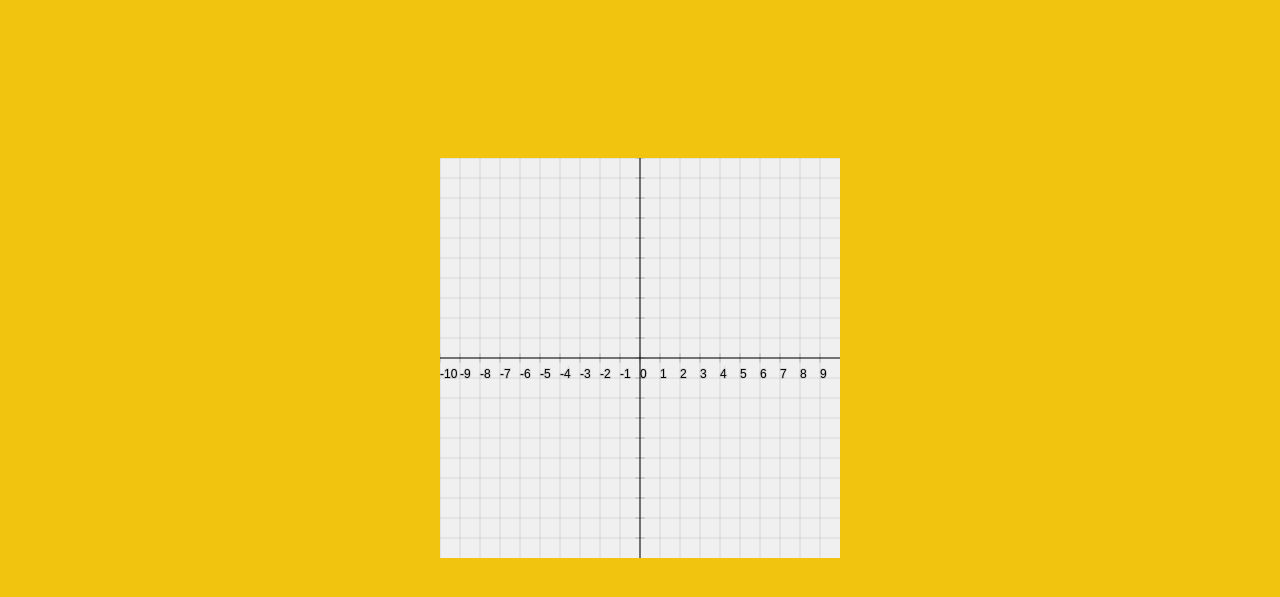
Repository: animarcus/graphing-app
Page: index.html
These files come from the project's save history. The page is drawn as it stood at one moment and after the next save; the edit follows.
The browser window is 1280 px wide. The pictures show the whole page.
Some web libraries are served in a nearby version.

Above is the page before, as saved 2020-09-26 19:42:24.

### index.html
<!DOCTYPE html>
<html lang="en">
<head>
  <link rel="apple-touch-icon"sizes="180x180"href="/icons/apple-touch-icon.png">
  <link rel="icon"type="image/png"sizes="32x32"href="/icons/favicon-32x32.png">
  <link rel="icon"type="image/png"sizes="16x16"href="/icons/favicon-16x16.png">
  <link rel="manifest"href="/icons/site.webmanifest">

  <link rel="stylesheet" href="css/style.css">
  <meta charset="UTF-8">
  <meta name="viewport" content="width=device-width, initial-scale=1.0, maximum-scale=1.0, user-scalable=0">
  <title>PLACEHOLDER</title>

  <script type="text/javascript" src="https://cdn.jsdelivr.net/npm/p5@1.1.4/lib/p5.min.js"></script>
  <script src="js/sketch.js"></script>
</head>
<body>
  <div id="canvas1"></div>
</body>
</html>

### css/style.css
* {
  cursor: default;
  /* -webkit-touch-callout: none;
  -webkit-user-select: none;
  -khtml-user-select: none;
  -moz-user-select: none;
  -ms-user-select: none;
  user-select: none; */
}
body {
  background: #f1c40f;
  height: 100%;
  overflow-y: hidden;
  overflow-x: hidden;
  /* border-radius: 50%; */
}

#canvas1 {
  position: absolute;
  top:50%;
  left:50%;
  transform: translate(-50%,-50%);
}

### js/sketch.js

let canvasW = 400;
let canvasH = 400;
let cellW = 20;

function setup() {
  let canvas = createCanvas(canvasW,canvasH);
  canvas.parent("canvas1");

  background(240);
  translate(canvasW/2, canvasH/2);

  stroke('rgba(0%, 0%, 0%, 1)');
  line(-canvasW/2, 0, canvasW/2, 0);
  line(0, -canvasH/2, 0, canvasH/2);

  stroke('rgba(0%, 0%, 0%, 0.1)');
  for (let x = -canvasW/2; x < canvasW/2; x += cellW) {
    let currentX = x/cellW;
    strokeWeight(1);
    line(x, -canvasH/2, x, canvasH/2);
    strokeWeight(2);
    line(x, -cellW/5, x, cellW/5);

    textStyle('centered')
    text(currentX, x, cellW);
  }
  for (let y = -canvasH/2; y < canvasH/2; y += cellW) {
    strokeWeight(1);
    line(-canvasW/2, y, canvasW/2, y);
    strokeWeight(2);
    line(-cellW/5, y, cellW/5, y);
  }
}


function draw() {
  fill(color("green"));
  drawHandlers.drawGrid();
}


let drawHandlers = {
  drawGrid : function() {

  }
};

After the next save:
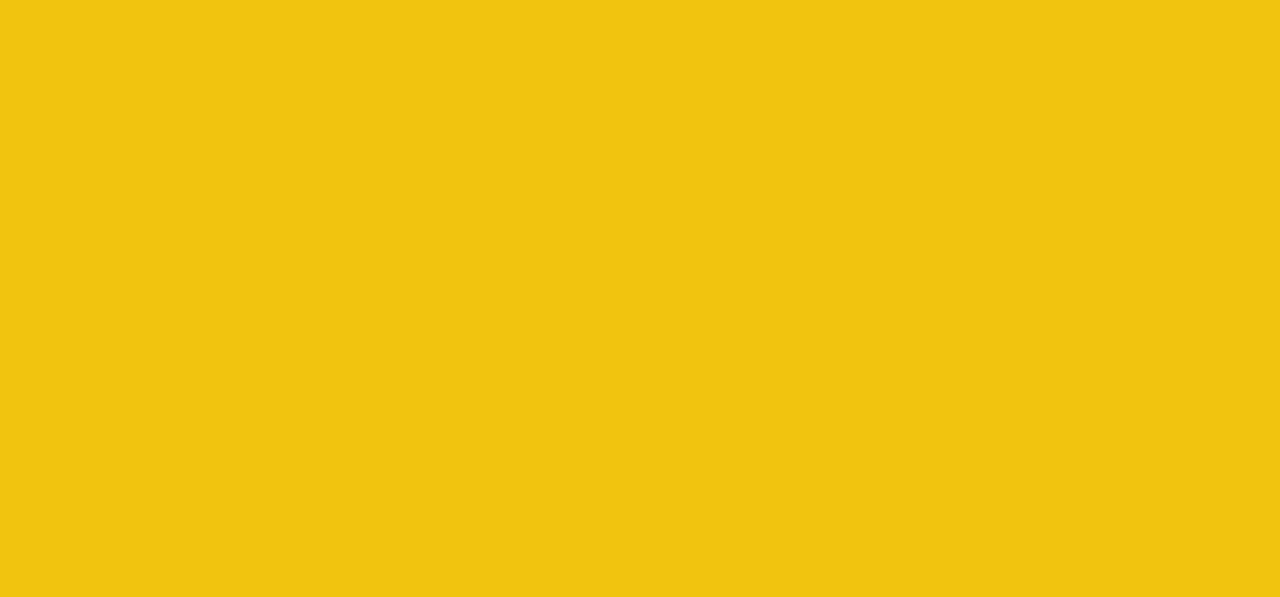
Console error: ReferenceError: center is not defined
Saved 73 s later.
--- a/js/sketch.js
+++ b/js/sketch.js
@@ -22,8 +22,8 @@
     strokeWeight(2);
     line(x, -cellW/5, x, cellW/5);
 
-    textStyle('centered')
     text(currentX, x, cellW);
+    center();
   }
   for (let y = -canvasH/2; y < canvasH/2; y += cellW) {
     strokeWeight(1);

After the save that followed:
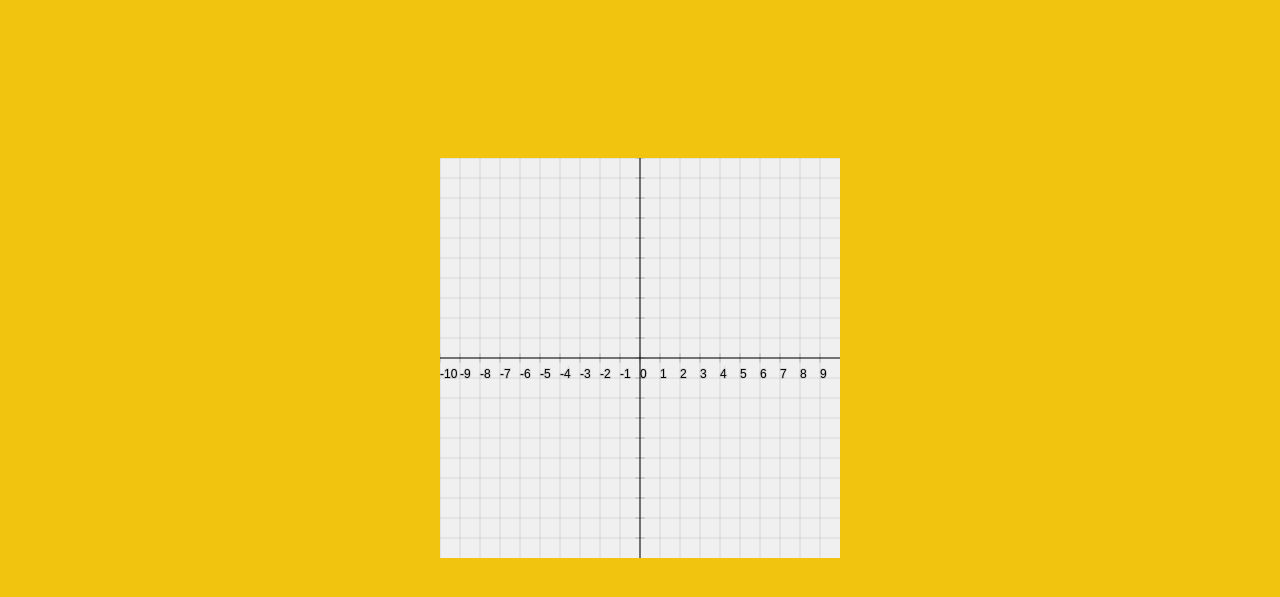
The error is gone.
Saved 4 s later.
--- a/js/sketch.js
+++ b/js/sketch.js
@@ -23,7 +23,7 @@
     line(x, -cellW/5, x, cellW/5);
 
     text(currentX, x, cellW);
-    center();
+
   }
   for (let y = -canvasH/2; y < canvasH/2; y += cellW) {
     strokeWeight(1);
